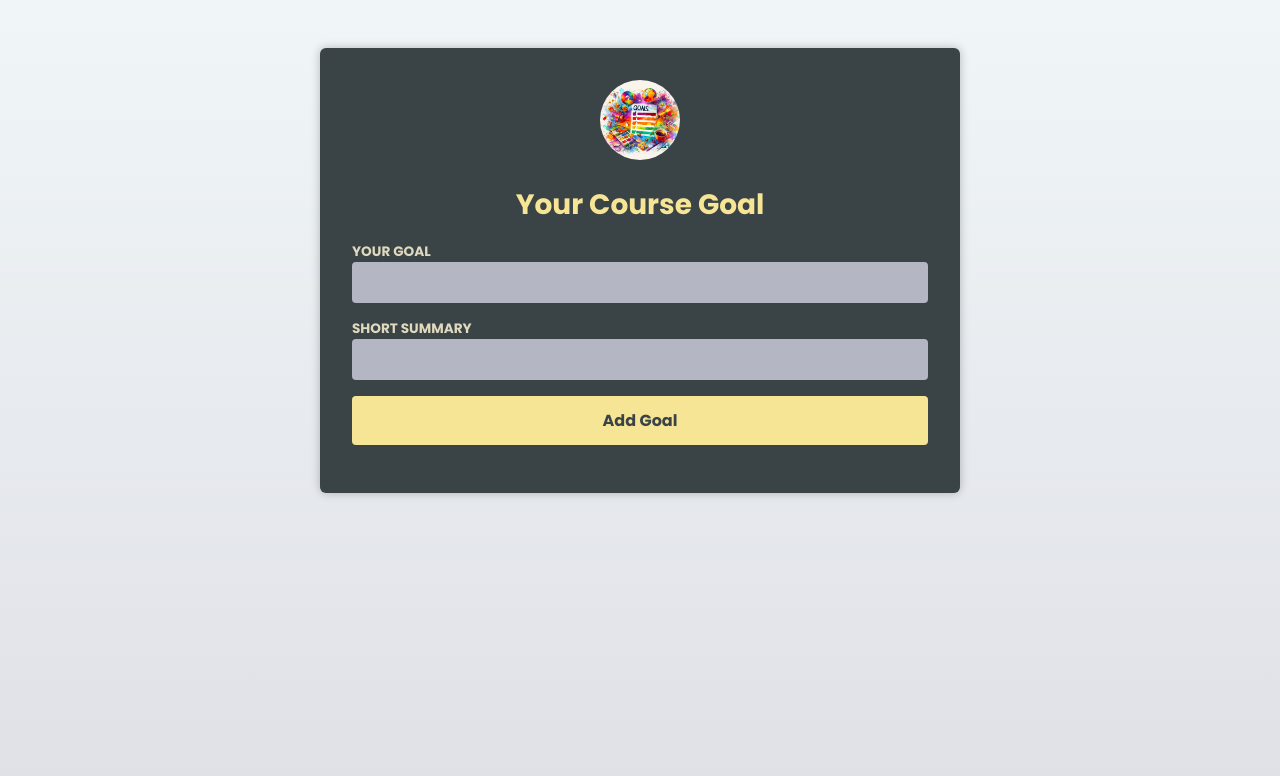
Repository: lucaborda/react-ts-exercise
Page: / (app in react-ts-basics/)
The author's editor kept a copy of each file at every save. The page is drawn from the files as they stood at one save, then again after the next save.
The browser window is 1280 px wide. The pictures show the whole page.
The project was rebuilt for these pictures with package versions that can differ from the ones it lists, and the page was loaded fresh each time. Also part of the build but not shown: react-ts-basics/vite.config.ts, react-ts-basics/src/components/CourseGoal.tsx.

Above is the page before, as saved 2024-11-30 01:33:45.

After the next save:
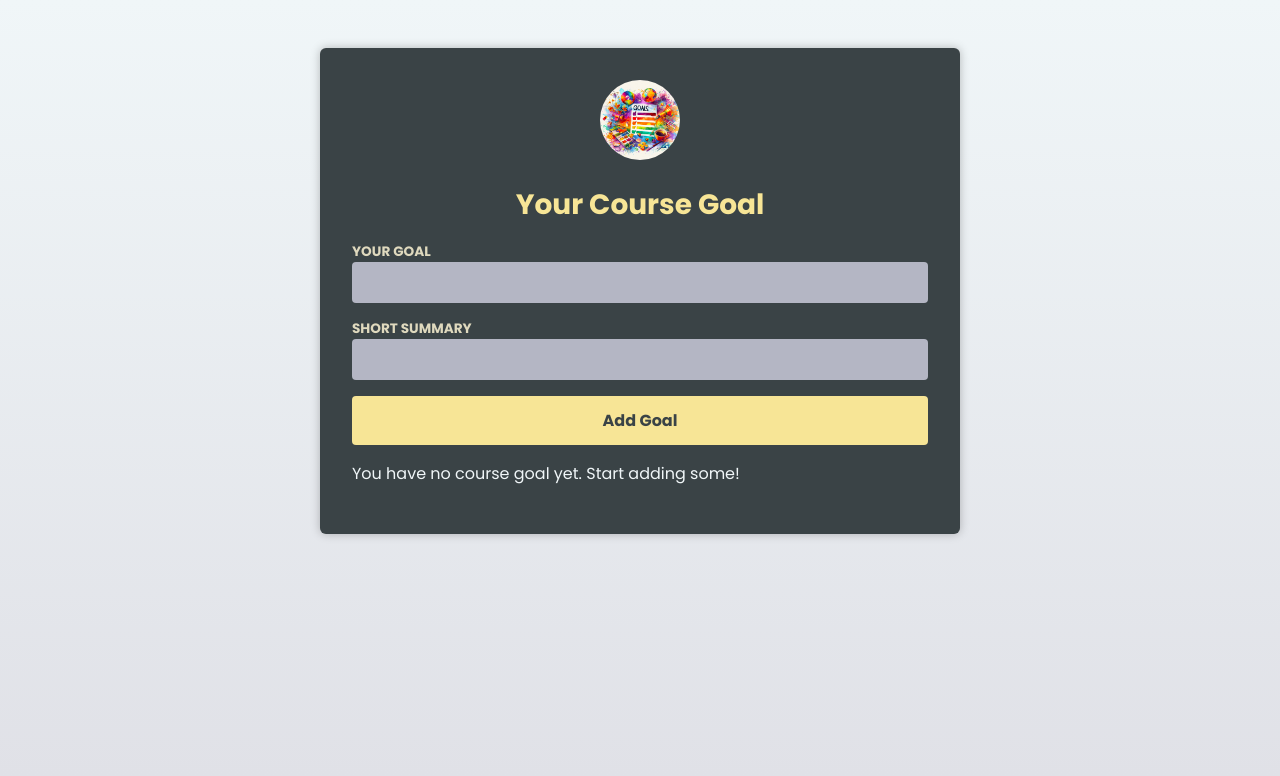
Saved 3 min 4 s later.
--- a/react-ts-basics/src/components/CourseGoalList.tsx
+++ b/react-ts-basics/src/components/CourseGoalList.tsx
@@ -1,26 +1,33 @@
 import CourseGoal from "./CourseGoal.tsx";
-import { type CourseGoal as CourseGoalType } from "../App.tsx";
+import InfoBox from "./InfoBox.tsx";
+import { type CourseGoal as CGoal } from "../App.tsx";
 
 type CourseGoalListProps = {
-  goals: CourseGoalType[];
+  goals: CGoal[];
   onDeleteGoal: (id: number) => void;
 };
 
-const CourseGoalList = ({ goals, onDeleteGoal }: CourseGoalListProps) => {
+export default function CourseGoalList({
+  goals,
+  onDeleteGoal,
+}: CourseGoalListProps) {
+  if (goals.length === 0) {
+    return (
+      <InfoBox mode="hint">
+        You have no course goal yet. Start adding some!
+      </InfoBox>
+    );
+  }
+
   return (
     <ul>
       {goals.map((goal) => (
-        <li>
-          <CourseGoal
-            id={goal.id}
-            title={goal.title}
-            description={goal.description}
-            onDelete={onDeleteGoal}
-          />
+        <li key={goal.id}>
+          <CourseGoal id={goal.id} title={goal.title} onDelete={onDeleteGoal}>
+            <p>{goal.description}</p>
+          </CourseGoal>
         </li>
       ))}
     </ul>
   );
-};
-
-export default CourseGoalList;
+}
